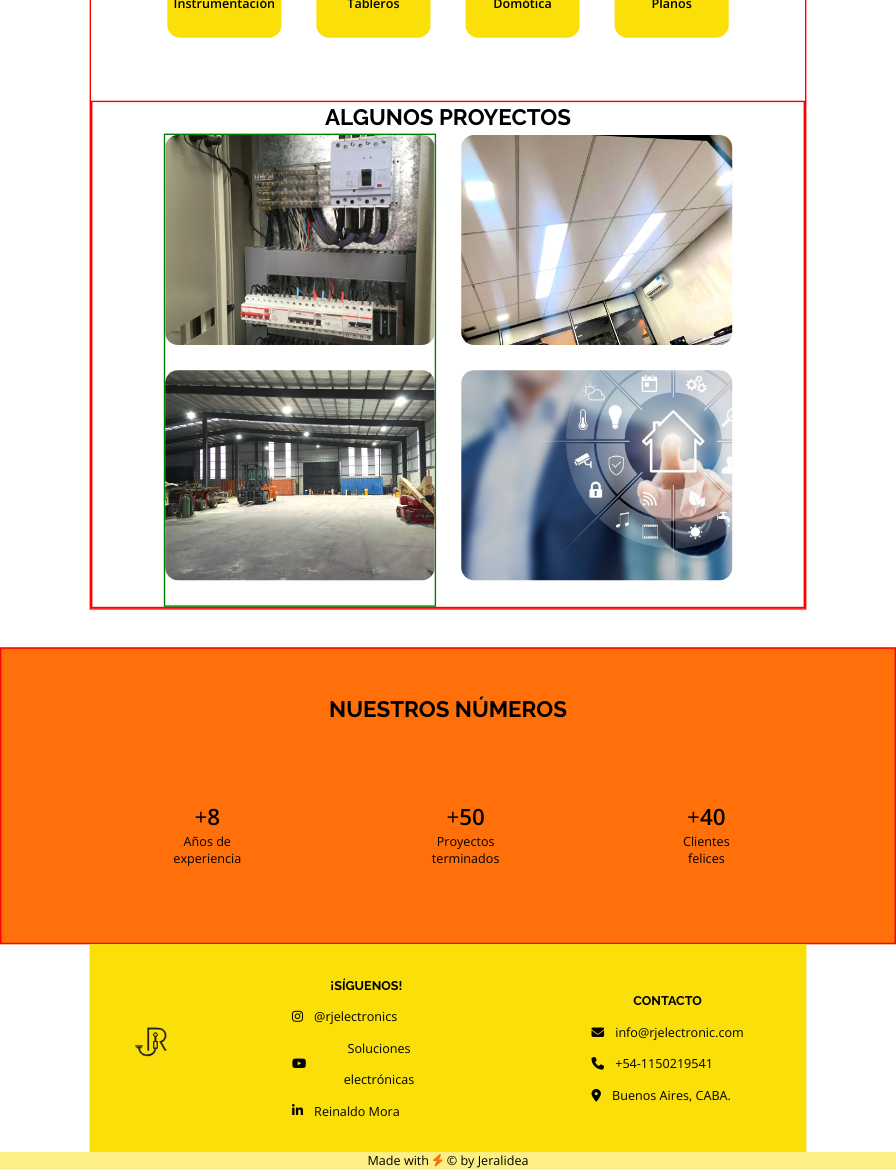
Repository: jeraldinnemg/rjelectronics
Page: index.html
These files come from the project's save history. The page is drawn as it stood at one moment and after the next save; the edit follows.
The browser window is 1280 px wide. The pictures show the part of the page from y = 837 to 2757 px (the page is 2508 px tall before and 2757 px after), at 70% of full size.
Some web libraries are served in a nearby version.

Above is the page before, as saved 2022-08-04 00:26:39.

After the next save:
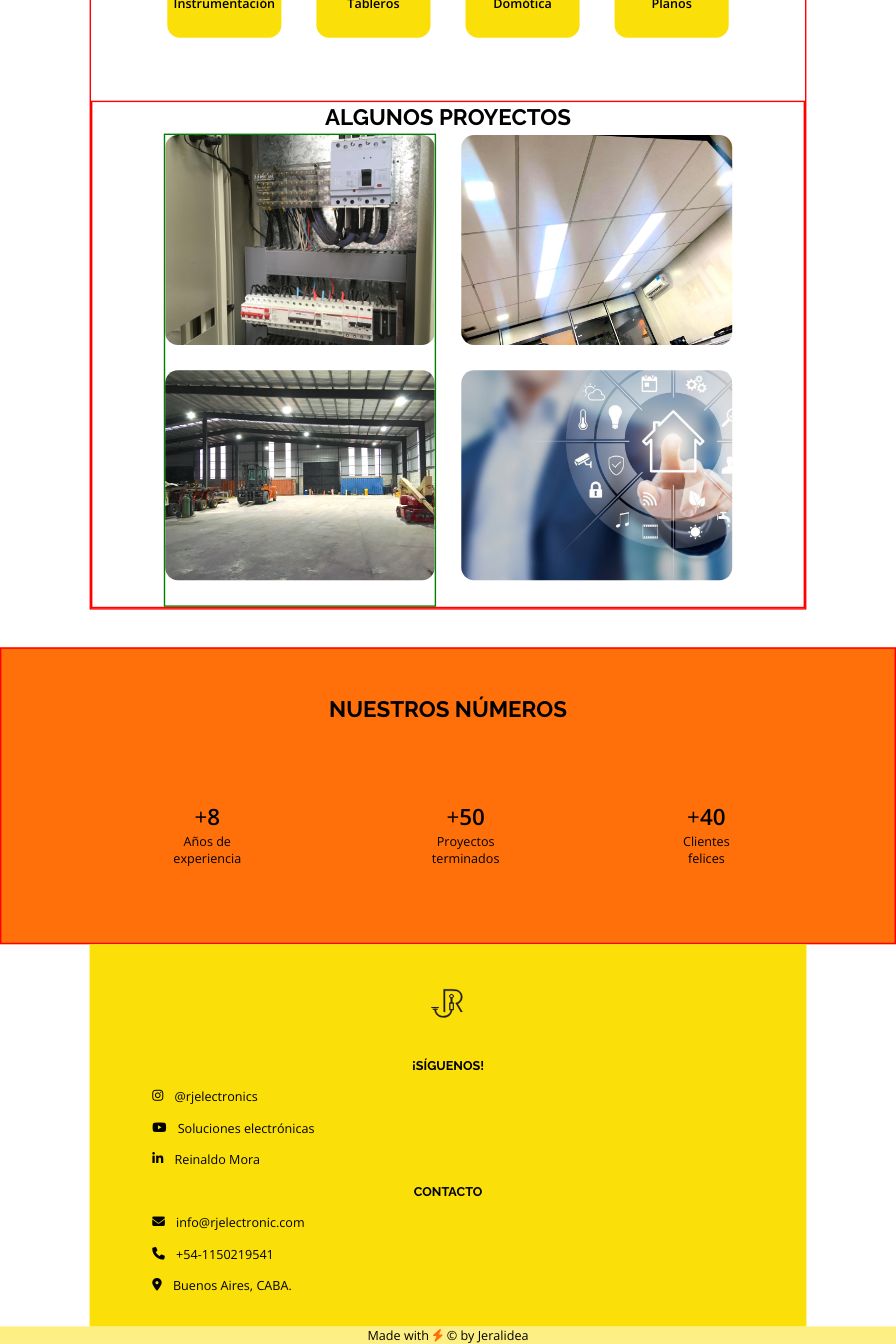
Saved 7 s later.
--- a/index.html
+++ b/index.html
@@ -165,7 +165,7 @@
     </div>
     </section>
 
-    <footer class= "container row"id="contact">
+    <footer class= "container"id="contact">
         <a href="#">
             <img class="logo" width="50px" height="50px"src="img/logo.svg" alt="logo">
         </a>
